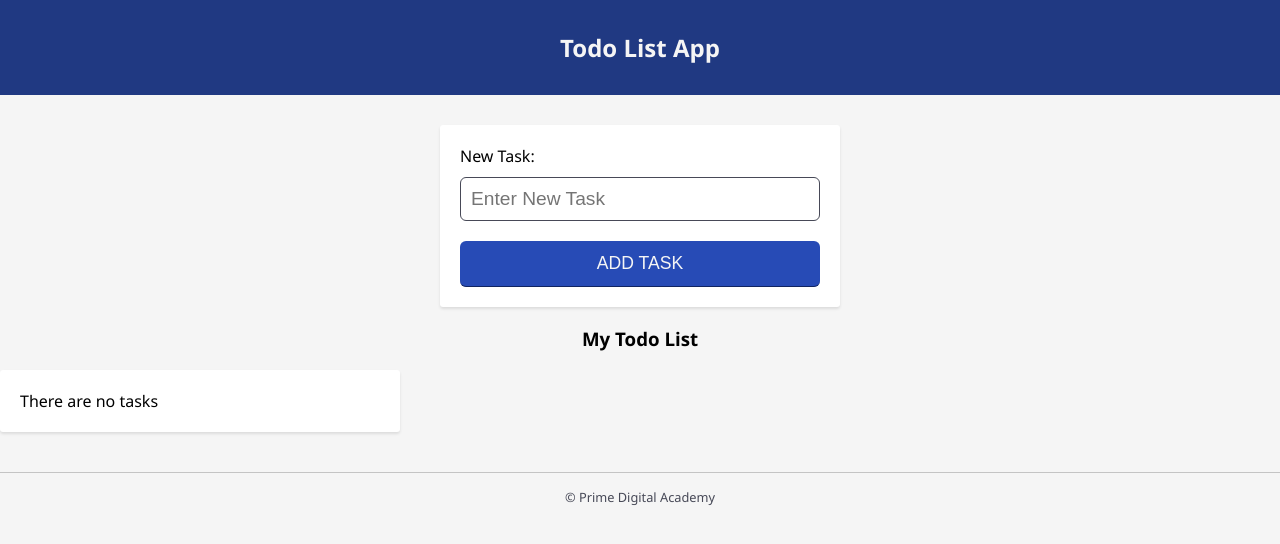
Repository: ryanmgregory/ursus-todo-list
Page: index.html
An editor plug-in stored every save of this project. The page is shown before and after the next save, followed by the edit.
The browser window is 1280 px wide. The pictures show the whole page.

Above is the page before, as saved 2020-03-19 23:21:10.

### index.html
<!DOCTYPE html>
<html lang="en">
  <head>
    <meta charset="UTF-8" />
    <meta name="viewport" content="width=device-width, initial-scale=1.0" />
    <link rel="stylesheet" href="style.css" />
    <script src="jquery-3.4.1.min.js" type="text/javascript"></script>
    <script src="javascript.js" type="text/javascript"></script>

    <title>Todo List</title>
  </head>
  <body>
    <header class="appBar">
      <h1 class="appBar-title">Todo List App</h1>
    </header>
    <!-- ASSIGNMENT CONTENT GOES BELOW HERE -->

    <!--Input field with "New Task" label.  "Add Task" BTN.  -->
    <div class="panel">
      <form class="js-form-add">
        <label class="fieldLabel">New Task:</label>
        <input
          class="js-input-task inputField"
          type="text"
          placeholder="Enter New Task"
        />
        <button class="btn btn_fullWidth" type="submit">ADD TASK</button>
      </form>
    </div>

    <!-- h3 "My To Do List"  -->
    <h3>My Todo List</h3>
    <!-- <UL> <OL single item: "There are no tasks in it"/>  -->
    <div class="panel stackedList">
      <ul class="js-unordered-list stackedList">
        <li class="js-single-item-list">
          There are no tasks
        </li>
      </ul>
    </div>
    <footer class="footer">
      &copy; Prime Digital Academy
    </footer>
  </body>
</html>

### style.css
/* ----------------------------------------
** Element Resets
** ---------------------------------------- */

h3 {
  text-align: center;
}

html,
body {
  margin: 0;
  height: 100%;
  background-color: #f5f5f5;
  font-family: "Segoe UI", Tahoma, Geneva, Verdana, sans-serif;
}

/* ----------------------------------------
** Footer
** ---------------------------------------- */

.footer {
  margin: 40px 0 0;
  padding: 15px 20px;
  border-top: 1px solid rgb(0, 0, 0, 0.2);
  color: #474957;
  text-align: center;
  font-size: 0.8rem;
}

/* ----------------------------------------
** App Bar
** ---------------------------------------- */

.appBar {
  margin: 0 0 30px;
  padding: 15px 20px;
  background-color: #203982;
  color: #f5f5f5;
  text-align: center;
}

.appBar-title {
  font-size: 1.5rem;
}

/* ----------------------------------------
** Panel
** - wrapping element meant to give the look
**   of a raised box
** ---------------------------------------- */

.panel {
  margin: 0 auto;
  padding: 20px;
  max-width: 90%;
  width: 400px;
  box-sizing: border-box;
  background-color: #ffffff;
  border-radius: 3px;
  box-shadow: 0 2px 3px rgb(0, 0, 0, 0.1);
}

.panel + .panel {
  margin-top: 20px;
}

/* ----------------------------------------
** Button
** - interactive element for clickable buttons
** ---------------------------------------- */

.btn {
  padding: 12px 18px;
  box-sizing: border-box;
  border-radius: 6px;
  background: #274bb6;
  border-width: 0;
  border-bottom: 1px solid #102461;
  color: #f5f5f5;
  text-align: center;
  font-size: 1.1rem;
  text-transform: uppercase;
  cursor: pointer;
}

.btn:hover {
  background-color: #102461;
}

.btn:disabled {
  border-width: 0;
  background-color: #b2b6d3;
  cursor: not-allowed;
}

.btn_fullWidth {
  width: 100%;
}

/* ----------------------------------------
** Form Fields
** - styling for both standard input and label
** ---------------------------------------- */

.fieldLabel {
  display: block;
  margin: 0 0 10px;
}

.inputField {
  margin: 0 0 20px;
  padding: 10px;
  width: 100%;
  box-sizing: border-box;
  border-radius: 6px;
  border: 1px solid #474957;
  font-size: 1.2rem;
}

/* ----------------------------------------
** Stacked List
** - meant for the element wrapping a list
**   of items
** ---------------------------------------- */

.stackedList {
  margin: 0;
  padding: 0;
  list-style: none;
}

.stackedList > * {
  display: flex;
  justify-content: space-between;
  align-items: center;
  padding: 10px;
  width: 100%;
  box-sizing: border-box;
}

.stackedList > * + * {
  border-top: 1px solid #75788d;
}

/* ----------------------------------------
** Actions and State
** - utility classes to alter a visual
** ---------------------------------------- */

.isComplete {
  background-color: #a8f0d4;
}

### javascript.js
$(document).ready(init);
// create addTask ready on page load
const todoArray = [];

function init() {
  $(".js-form-add").on("click", ".btn", addTask);
  // $(".js-unordered-list").on("click", ".js-btn-complete", toggleBtn);
}

const taskObject = {
  taskName: $(".js-input-task").val(),
  complete: false
};
// addTask function to receive task (as object) into array
// create object with name (string) & complete (boolean)
// added prevent default event to stop the page from reloading

function addTask(event) {
  event.preventDefault();
  console.log("in addTask");

  const taskObject = {
    taskName: $(".js-input-task").val(),
    complete: false
  };
  todoArray.push(taskObject);
  console.log("to do array:", todoArray);
  emptyField();
  render();
}

// empty input field after addTask
function emptyField() {
  $(".js-input-task").val("");
}

// Display object from array on <ul> on DOM
// empty array before each push
function render() {
  $(".js-unordered-list").empty();
  for (let i = 0; i < todoArray.length; i++) {
    const individualTask = todoArray[i];
    $(".js-unordered-list").append(`
        <div>
        <li>${individualTask.taskName}<button class="btn js-btn-complete">COMPLETE</button>  </li>
        <div>
        `);
  }
}

// btn click event to change value of object to true

// function toggleBtn() {
//   $(this.value === false);
// }

//   console.log("in ToGgLe!!!");
//   if (($(this.parent()) = false)) {
//     console.log("its false");
//   }
//   if (($(this.parent()) = true)) {
//     console.log("its true");
//   }
// }

//   for (let i = 0; i < todoArray.length; i++) {
//     const individualTask = todoArray[i];
//     $(this).toggle($({.complete} = true));
//   }

// // console.log("todoArray:", todoArray);

// function toggleBtn() {
//   console.log("in ToGgLe!!!");
//   console.log("todoArray:", todoArray);
//   for (let i = 0; i < todoArray.length; i++) {
//     const individualTask = todoArray[i];
//     $(".js-unordered-list").append(`
//   <div>
//   <button class="js-btn-complete"${(individualTask.complete = true)}>COMPLETE</button>  </li>
//   <div>
//   `);
//   }
// }

Loaded but not shown: jquery-3.4.1.min.js (library)

After the next save:
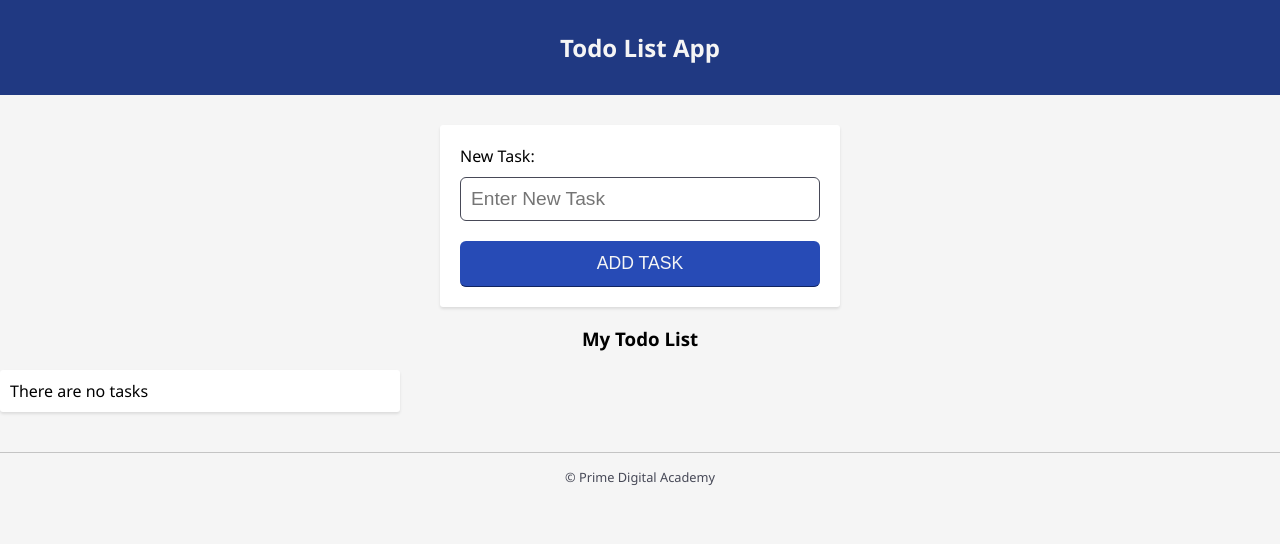
Saved 6 s later.
--- a/index.html
+++ b/index.html
@@ -32,7 +32,7 @@
     <h3>My Todo List</h3>
     <!-- <UL> <OL single item: "There are no tasks in it"/>  -->
     <div class="panel stackedList">
-      <ul class="js-unordered-list stackedList">
+      <ul class="js-unordered-list">
         <li class="js-single-item-list">
           There are no tasks
         </li>
